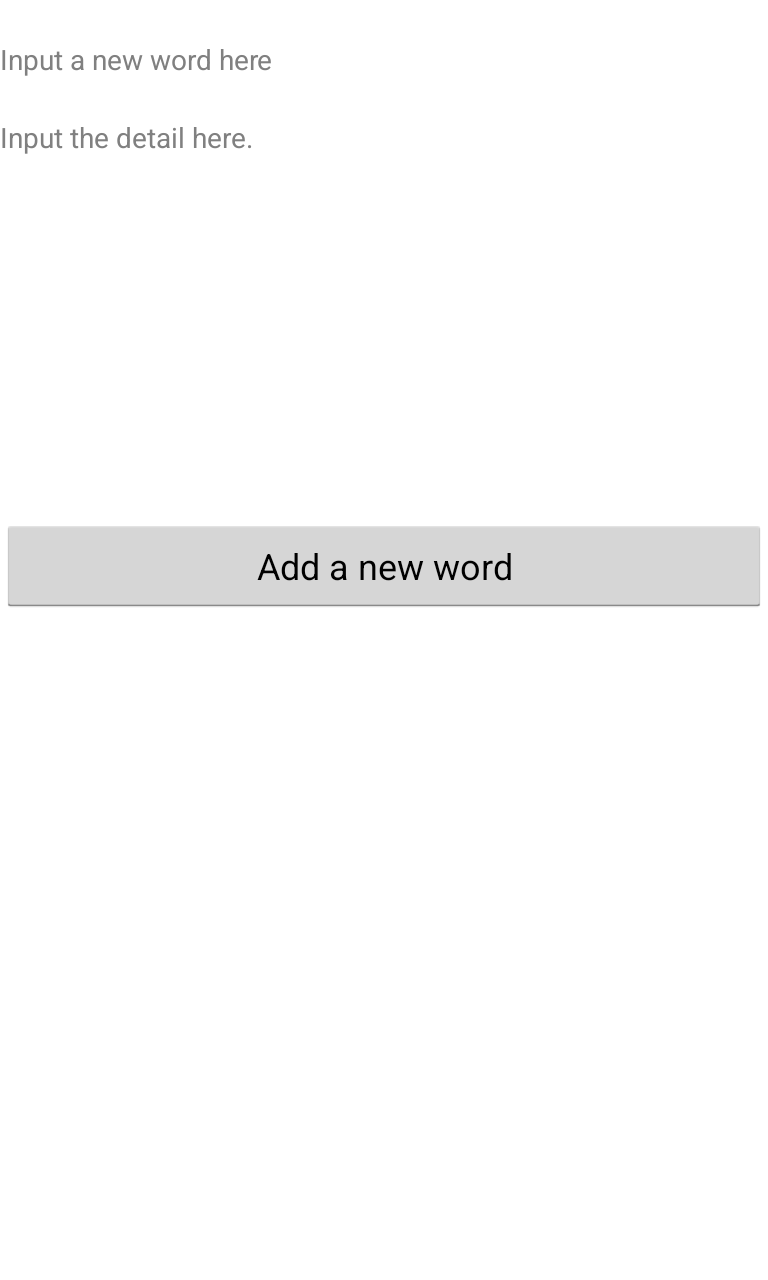
Repository: Liu-D-Henrry/Android
Layout: Dictionary/res/layout/main.xml
These files come from the project's save history. The layout is drawn as it stood at one moment and after the next save; the edit follows.
It is drawn on a 768 x 1280 px phone screen (xhdpi) without system bars, with theme AppTheme; the app's code is not run.

Above is the layout before, as saved 2013-09-04 07:32:11.

### Dictionary/res/layout/main.xml
<?xml version="1.0" encoding="utf-8"?>
<LinearLayout xmlns:android="http://schemas.android.com/apk/res/android"
    android:layout_width="match_parent"
    android:layout_height="match_parent"
    android:orientation="vertical" >

    <TextView
        android:id="@+id/word"
        android:layout_width="match_parent"
        android:layout_height="wrap_content"
        android:layout_marginTop="20dp"
        android:hint="Input a new word here" />

	<TextView
	    android:id="@+id/detail"
	    android:layout_width="match_parent"
	    android:layout_height="200dp"
        android:layout_marginTop="20dp"
	    android:hint="Input the detail here."/>

	<Button
	    android:id="@+id/insert"
	    android:layout_width="match_parent"
	    android:layout_height="wrap_content"
	    android:text="Add a new word" />

</LinearLayout>

Loaded but not shown: Dictionary/res/values/styles.xml (common file); Dictionary/res/values-v11/styles.xml (common file); Dictionary/res/values-v14/styles.xml (common file)

After the next save:
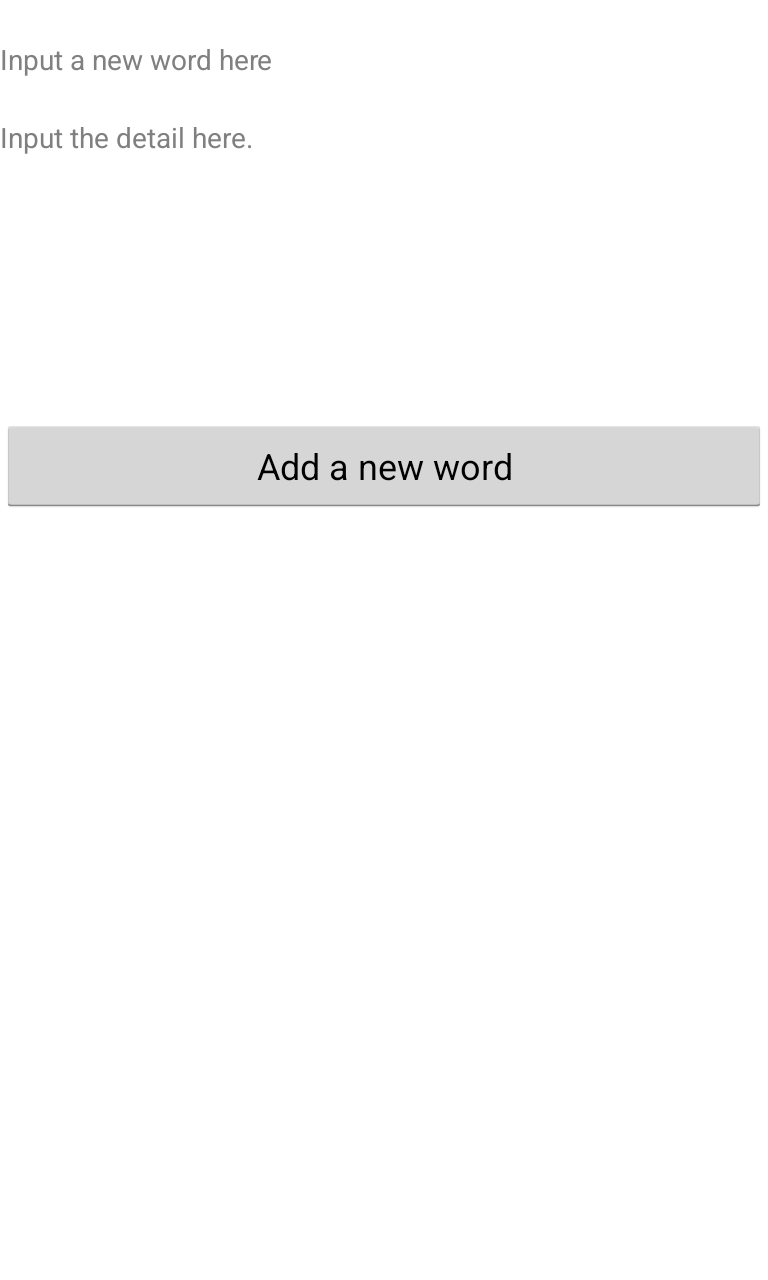
Saved 13 s later.
--- a/Dictionary/res/layout/main.xml
+++ b/Dictionary/res/layout/main.xml
@@ -14,7 +14,7 @@
 	<TextView
 	    android:id="@+id/detail"
 	    android:layout_width="match_parent"
-	    android:layout_height="200dp"
+	    android:layout_height="150dp"
         android:layout_marginTop="20dp"
 	    android:hint="Input the detail here."/>
 
